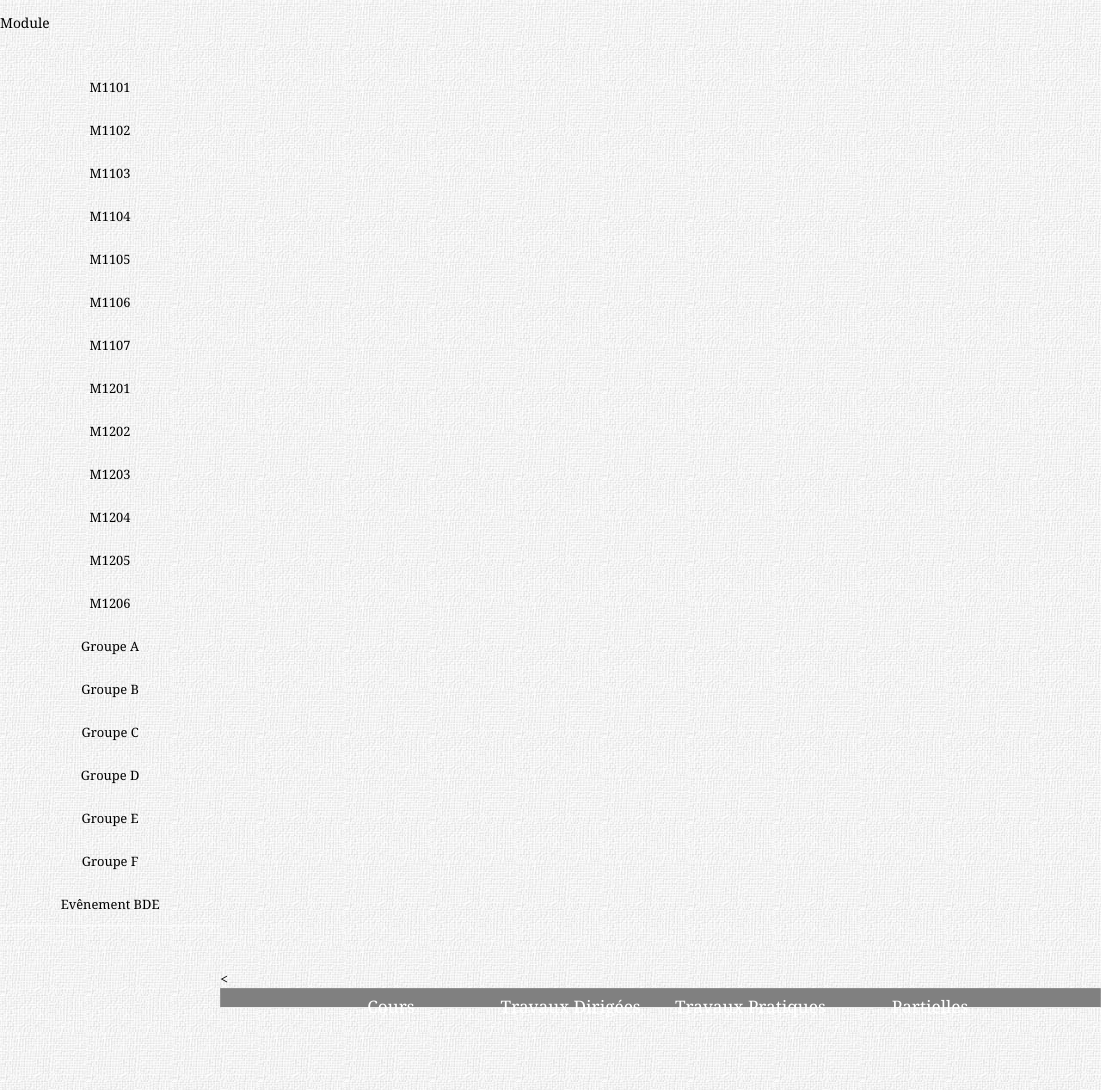
Repository: ValentinArg/PETUT
Page: http://localhost/PETUT/WEB-INF/jsp/eleve/semestre1.jsp
These files come from the project's save history. The page is drawn as it stood at one moment and after the next save; the edit follows.
The browser window is 1280 px wide. The pictures show the whole page, at 86% of full size.
Some web libraries are served in a nearby version. The page is served by Tomcat 9. Nobody is signed in. The template is opened directly, without the code that normally fills it, so the values that code supplies are empty.

Above is the page before, as saved 2016-10-01 16:55:36.

After the next save:
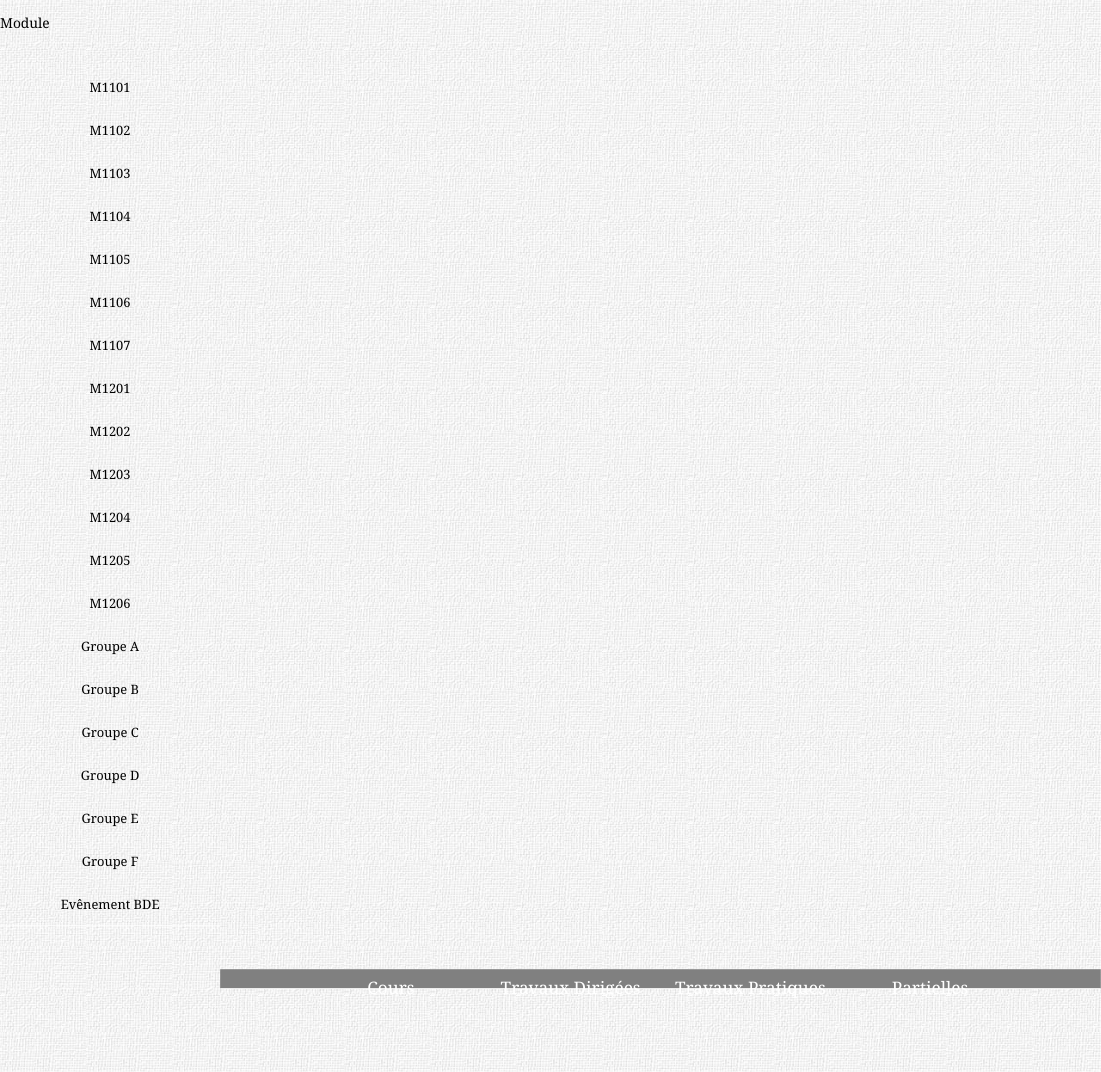
Saved 2 min 57 s later.
--- a/PETUT/WebContent/WEB-INF/jsp/eleve/semestre1.jsp
+++ b/PETUT/WebContent/WEB-INF/jsp/eleve/semestre1.jsp
@@ -37,7 +37,6 @@
 	</div>
 	<div class="conteneurGeneral">
 		<div class="close">
-			<
 		</div>
 		<ul class="selection" id="selection">
 			<li class=" type"><p>Cours</p></li>
